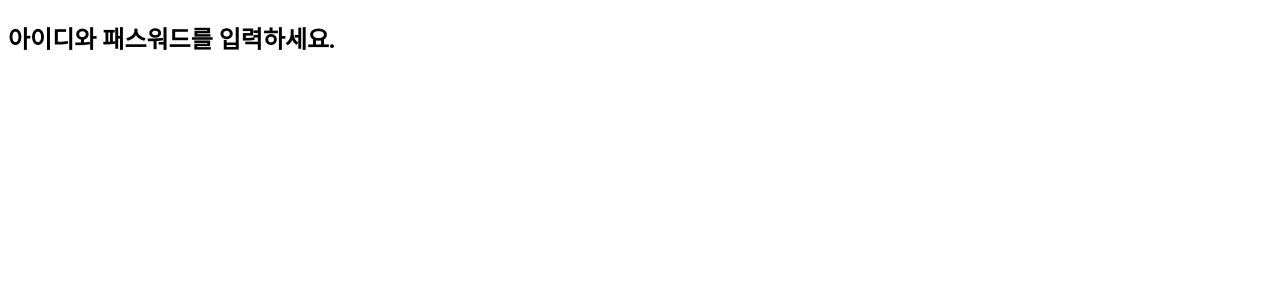
Repository: matodale/StudyJSP
Page: http://localhost/StudyJSP/ch06/examLoginTest.jsp
These files come from the project's save history. The page is drawn as it stood at one moment and after the next save; the edit follows.
The browser window is 1280 px wide. The pictures show the whole page.
The page is served by Tomcat 9. Other server files are loaded and not shown.

Above is the page before, as saved 2022-12-21 06:25:00.

### StudyJSP/src/main/webapp/ch06/examLoginTest.jsp
<%@ page language="java" contentType="text/html; charset=UTF-8"
    pageEncoding="UTF-8"%>
<!DOCTYPE html>
<html>
<head>
<meta charset="UTF-8">
<title>로그인폼</title>
</head>
<body>
<h2>아이디와 패스워드를 입력하세요.</h2>
<form method="post" action="examLoginTestPro.jsp">
</form>
</body>
</html>

After the next save:
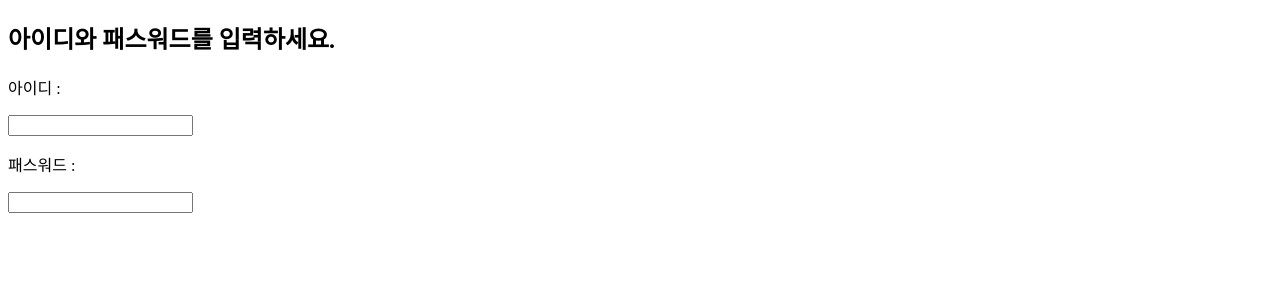
Saved 74 s later.
--- a/StudyJSP/src/main/webapp/ch06/examLoginTest.jsp
+++ b/StudyJSP/src/main/webapp/ch06/examLoginTest.jsp
@@ -9,6 +9,8 @@
 <body>
 <h2>아이디와 패스워드를 입력하세요.</h2>
 <form method="post" action="examLoginTestPro.jsp">
+<p>아이디 : </p> <input type="text" name="id"><br>
+<p>패스워드 : </p> <input type="password" name="id"><br>
 </form>
 </body>
 </html>
